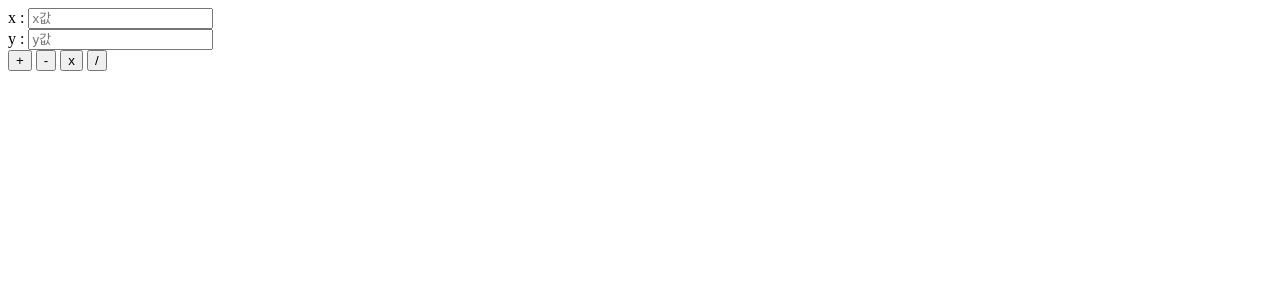
Repository: Hyun0000/JDBC_Jsp_Servelt_Newlec
Page: JSPProject/WebContent/add2.html
An editor plug-in stored every save of this project. The page is shown before and after the next save, followed by the edit.
The browser window is 1280 px wide. The pictures show the whole page.

Above is the page before, as saved 2021-09-05 04:01:04.

After the next save:
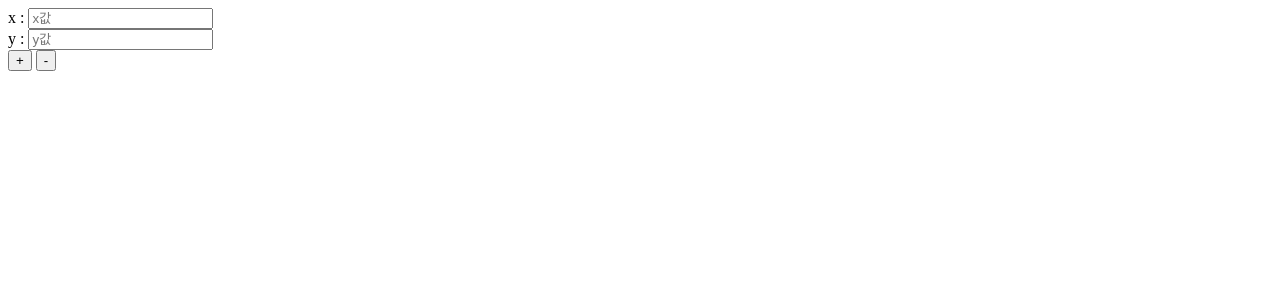
Saved 5 s later.
--- a/JSPProject/WebContent/add2.html
+++ b/JSPProject/WebContent/add2.html
@@ -21,8 +21,6 @@
 			<div>
 				<input type = "submit" name = "operator" value="+">
 				<input type = "submit" name = "operator" value="-">
-				<input type = "submit" name = "operator" value="x">
-				<input type = "submit" name = "operator" value="/">
 			</div>
 		</form>
 	</div>
